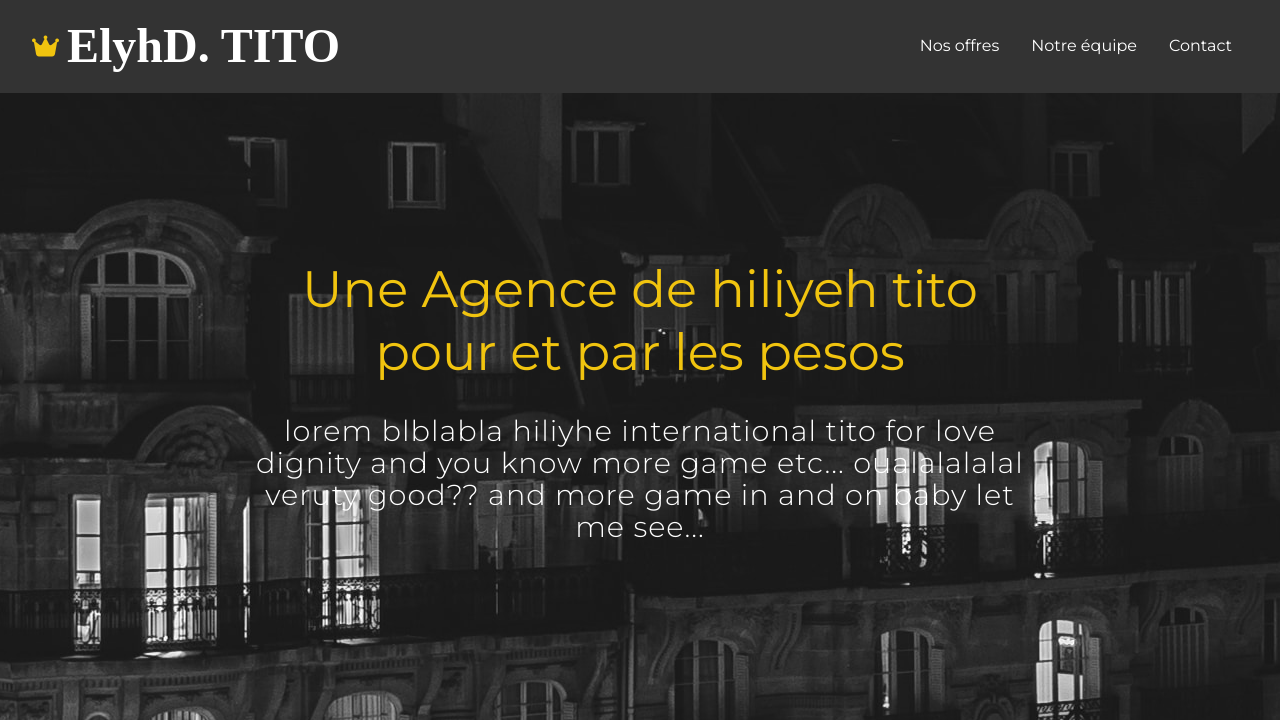
Repository: Hiliyeh/immo
Page: index.html
The author's editor kept a copy of each file at every save. The page is drawn from the files as they stood at one save, then again after the next save.
The browser window is 1280 px wide. The pictures show the whole page.
Some web fonts or font styles are not loaded; a fallback is used. Some web libraries are served in a nearby version.

Above is the page before, as saved 2020-05-05 13:37:09.

### index.html
<!DOCTYPE html>
<html lang="fr">
  <head>
    <meta charset="UTF-8" />
    <meta name="viewport" content="width=device-width, initial-scale=1.0" />
    <meta http-equiv="X-UA-Compatible" content="ie=edge" />
    <link rel="stylesheet" href="css/style.css" />
    <link
      rel="stylesheet"
      media="only screen and (max-width: 500px)"
      href="css/style.mobile.css"
    />
    <link
      href="https://fonts.googleapis.com/css?family=Long+Cang|Montserrat:300,400,700&display=swap"
      rel="stylesheet"
    />
    <script
      src="https://kit.fontawesome.com/83f4286022.js"
      crossorigin="anonymous"
    ></script>
    <title>Agence Elyh</title>
    <style></style>
  </head>
  <body>
    <div class="vp-container">
      <header>
        <h2 class="vp-logo">
          <i class="fas fa-crown"></i>
          <a href="#">ElyhD. TITO</a>
        </h2>
        <ul>
          <li><a href="#">Nos offres</a></li>
          <li><a href="#">Notre équipe</a></li>
          <li><a href="#">Contact</a></li>
        </ul>
      </header>
      <section class="vp">
        <div class="vp-content">
          <h1>
            <strong>Une Agence de hiliyeh tito pour et par les pesos</strong>
          </h1>
          <p>
            lorem blblabla hiliyhe international tito for love dignity and you
            know more game etc... oualalalalal veruty good?? and more game in
            and on baby let me see...
          </p>
        </div>
      </section>
    </div>
  </body>
</html>

### css/style.CSS
* {
  margin: 0;
  padding: 0;
  box-sizing: border-box;
}

body {
  font-family: "Montserrat", sans-serif;
}

p {
  margin-bottom: 0.8rem;
}

h1,
h2,
h3,
h4 {
  margin-bottom: 1rem;
}

a {
  color: #333;
  text-decoration: none;
}

/* vp + header */

.vp-container {
  min-height: 100vh;
  display: flex;
  flex-direction: column;
}

header {
  padding: 1rem 2rem;
  background: #333;
  display: flex;
  flex-flow: row nowrap;
  justify-content: space-between;
  line-height: 1.8rem;
}

.vp-logo {
  margin-bottom: 0;
  font-family: "Long Cang", cursive;
  display: flex;
  flex-flow: row nowrap;
  justify-content: center;
  align-items: center;
}

.vp-logo i {
  color: #f1c40f;
  font-size: 1.5rem;
  margin-right: 0.5rem;
}

.vp-logo a {
  font-size: 3rem;
}

header ul {
  display: flex;
  flex-flow: row nowrap;
  list-style: none;
}

header ul li {
  padding: 1rem;
}

header ul li a:hover {
  color: #f1c40f;
}

header a {
  color: white;
}


/* ... */
strong {
  color: #f1c40f;
  font-weight: 400;
}
/* ... */
.vp {
  flex: auto;
  display: flex;
  flex-direction: column;
  justify-content: center;
  align-items: center;
  background: url("/img/frame.jpg")
     center;
}

.vp-content {
  max-width: 800px;
  text-align: center;
  color: white;
}

.vp-content h1 {
  font-size: 3.2rem;
  margin-bottom: 2rem;
}

.vp-content p {
  font-size: 1.8rem;
  font-weight: 300;
  letter-spacing: 1px;
  line-height: 2rem;
}

Loaded but not shown: css/style.mobile.css (no stored copy; drawn as an empty file)

After the next save:
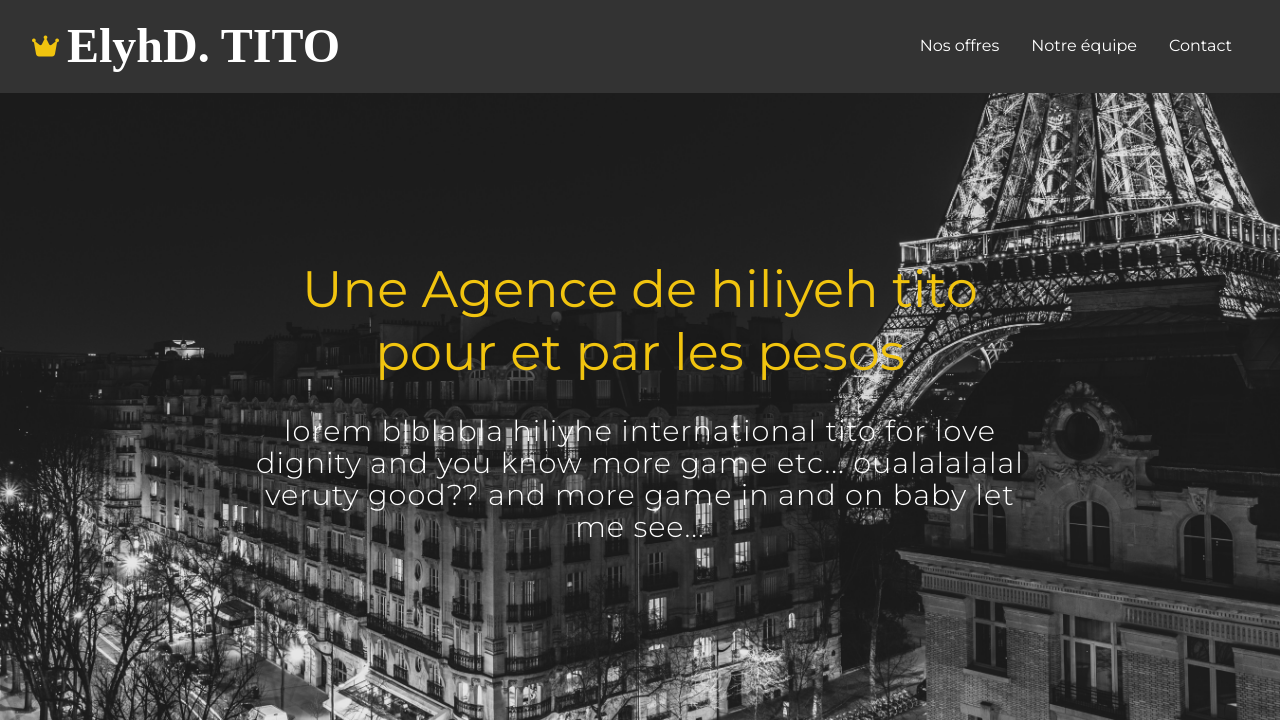
Saved 21 s later.
--- a/css/style.CSS
+++ b/css/style.CSS
@@ -92,7 +92,7 @@
   justify-content: center;
   align-items: center;
   background: url("/img/frame.jpg")
-     center;
+     center/cover;
 }
 
 .vp-content {
